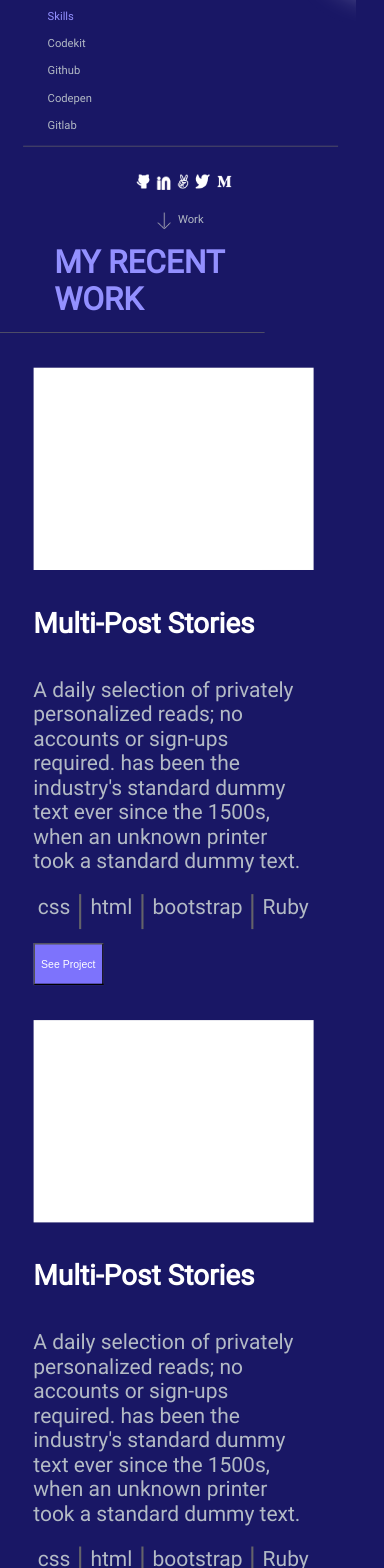
Repository: mustabbas/Portfolio
Page: index.html
These files come from the project's save history. The page is drawn as it stood at one moment and after the next save; the edit follows.
The browser window is 375 px wide. The page is 548 px wide, then 508 px, so the pictures cover 548 px, including what lies to the right of the window. The pictures show the part of the page from y = 775 to 3015 px (the page is 5949 px tall), at 70% of full size.

Above is the page before, as saved 2021-08-17 17:56:31.

After the next save:
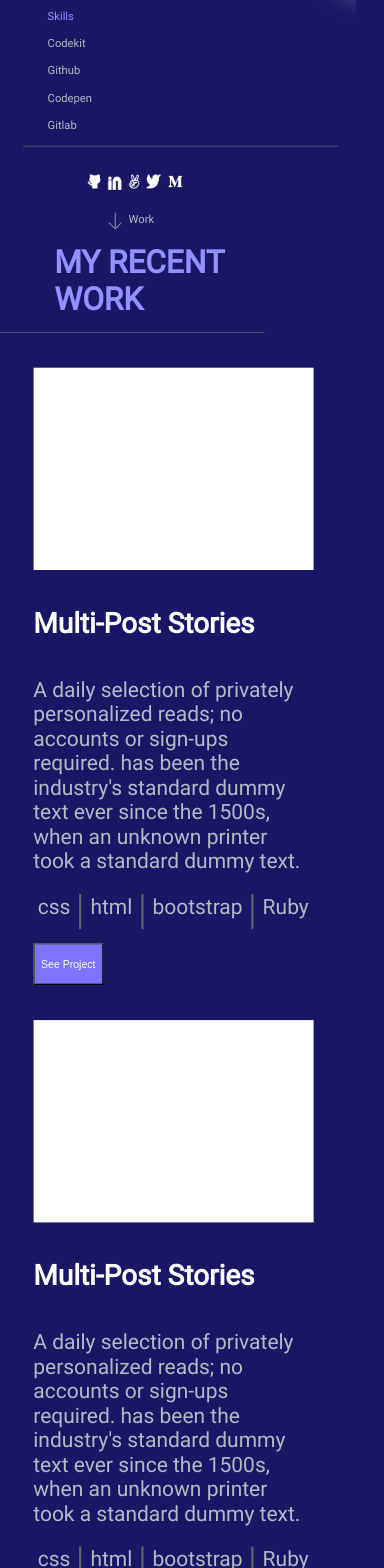
Saved 2 min 39 s later.
--- a/style.css
+++ b/style.css
@@ -313,7 +313,7 @@ textarea::placeholder {
   }
 
   .footer-nav {
-    width: 500px;
+    /* width: 500px; */
     flex-direction: column;
   }
 
